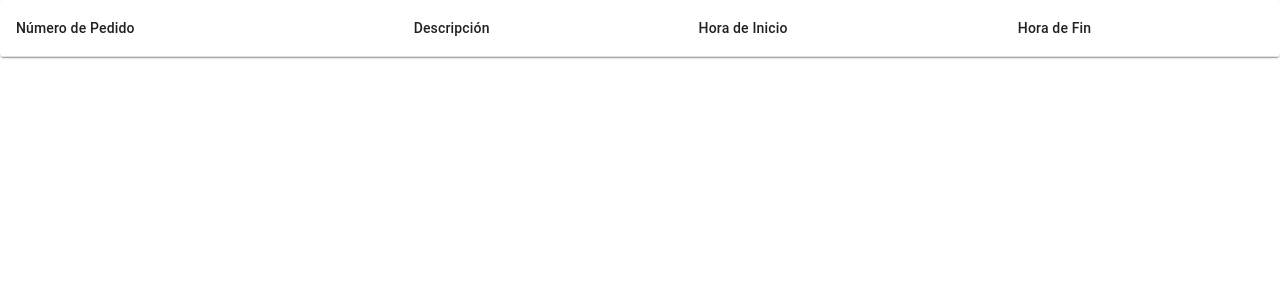
Repository: ferugarte/deliverapp
Page: /orders
The author's editor kept a copy of each file at every save. The page is drawn from the files as they stood at one save, then again after the next save.
The browser window is 1280 px wide. The pictures show the whole page.
The page's requests for data from a server got no answer. The project was rebuilt for these pictures with package versions that can differ from the ones it lists, and the page was loaded fresh each time. No one was signed in, and anything a server would have sent is missing. Also part of the build but not shown: src/components/Auth/Login.js, src/firebase/config.js, src/components/Auth/RegisterUser.js, src/components/Auth/RegisterCompany.js, src/components/Dashboard/AdminDashboard.js, src/components/Dashboard/DriverDashboard.js, src/components/Dashboard/CompanyDashboard.js, src/components/Order/OrderDetails.js and 5 more.

Above is the page before, as saved 2023-12-26 12:15:23.

After the next save:
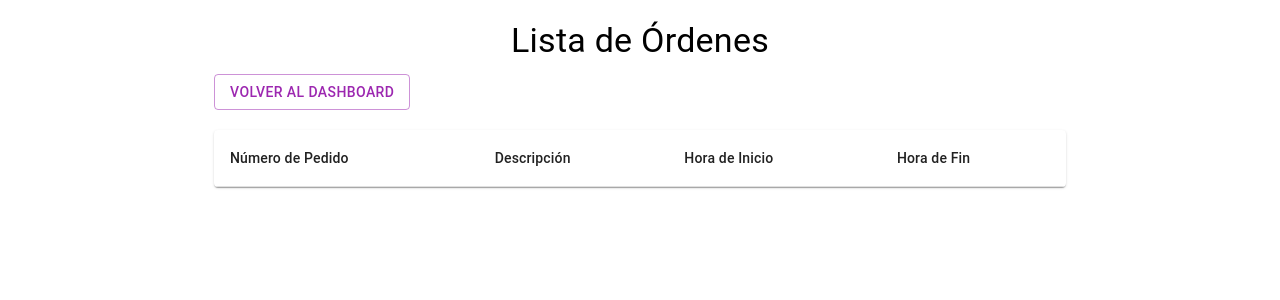
Saved 19 min 42 s later.
--- a/src/components/Order/OrderList.js
+++ b/src/components/Order/OrderList.js
@@ -2,7 +2,7 @@
 import React, { useState, useEffect } from 'react';
 import { useNavigate } from 'react-router-dom';
 import { getFirestore, collection, query, onSnapshot } from 'firebase/firestore';
-import { Table, TableBody, TableCell, TableContainer, TableHead, TableRow, Paper } from '@mui/material';
+import { Table, TableBody, TableCell, TableContainer, TableHead, TableRow, Paper, Typography, Container, Button } from '@mui/material';
 
 const OrderList = () => {
   const [orders, setOrders] = useState([]);
@@ -20,12 +20,28 @@ const OrderList = () => {
   }, []);
 
   const handleRowClick = (orderId) => {
-    // Navegar a la pantalla de detalles o edición del pedido
     navigate(`/order/details/${orderId}`);
   };
 
+  const handleBackToDashboard = () => {
+    navigate('/dashboard/company'); // Asume que este es el enlace al dashboard de la empresa
+  };
+
   return (
-    <TableContainer component={Paper}>
+
+    <Container maxWidth="md">
+      <Typography variant="h4" gutterBottom style={{ textAlign: 'center', marginTop: '20px' }}>
+        Lista de Órdenes
+      </Typography>
+      <Button
+        variant="outlined"
+        color="secondary"
+        onClick={handleBackToDashboard}
+        style={{ marginBottom: '20px' }}
+      >
+        Volver al Dashboard
+      </Button>
+      <TableContainer component={Paper}>
       <Table>
         <TableHead>
           <TableRow>
@@ -49,6 +65,8 @@ const OrderList = () => {
         </TableBody>
       </Table>
     </TableContainer>
+    </Container>
+
   );
 };
 
